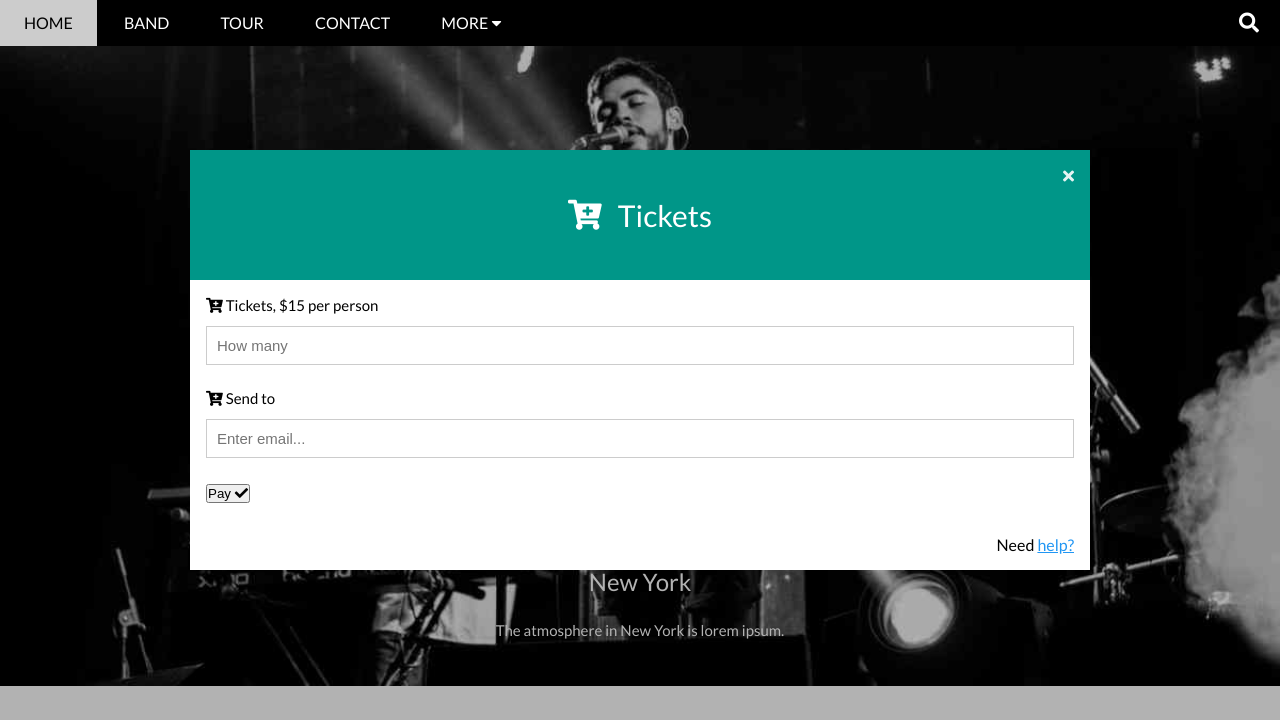
Repository: phunobi1807/theband
Page: index.html
The author's editor kept a copy of each file at every save. The page is drawn from the files as they stood at one save, then again after the next save.
The browser window is 1280 px wide. The pictures show the window.
A layer covers the whole window, so only the first screen is drawn.

Above is the page before, as saved 2021-07-16 20:18:01.

After the next save:
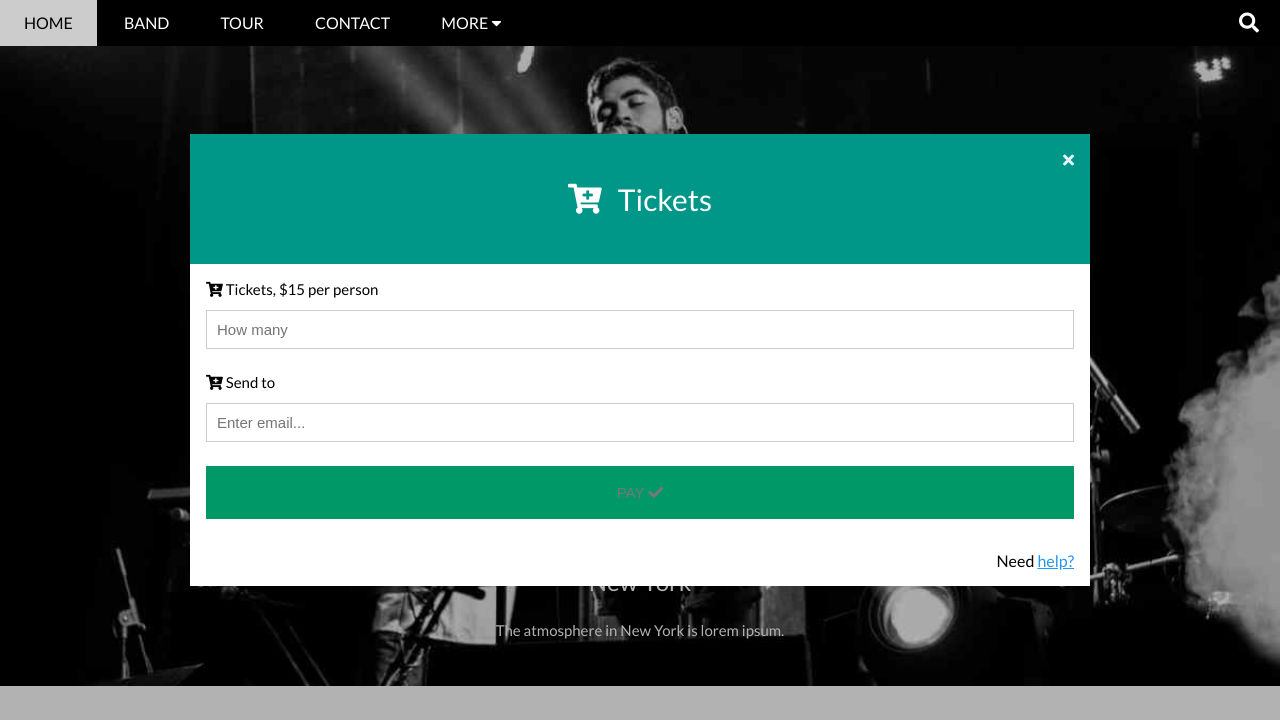
Saved 25 s later.
--- a/index.html
+++ b/index.html
@@ -202,7 +202,7 @@
                     </label>
                     <input id="ticket-email" type="email" class="modal-input" placeholder="Enter email...">
 
-                    <button id="ticket-buy-tickets">
+                    <button id="buy-tickets">
                         Pay
                         <i class="fas fa-check"></i>
                     </button>
